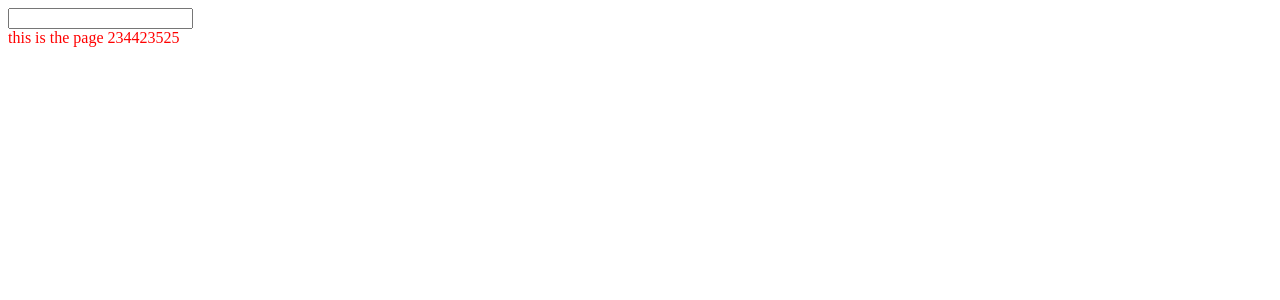
Repository: jasontianxie/huatian-mock-react-demo
Page: /
The author's editor kept a copy of each file at every save. The page is drawn from the files as they stood at one save, then again after the next save.
The browser window is 1280 px wide. The pictures show the whole page.
The project was rebuilt for these pictures with package versions that can differ from the ones it lists, and the page was loaded fresh each time. Also part of the build but not shown: webpack.config.js.

Above is the page before, as saved 2017-04-20 16:58:15.

### app.jsx
import React from 'react';//import是es6的语法，webpack怎么能认识呢，原因就在babel-loader，它可以把import解析成require。同理，css-loader也会把@import和URL（）解析成require：https://github.com/webpack-contrib/css-loader
import ReactDOM from 'react-dom';
import {Main} from './pages/main/main.jsx';

// require ('normalize-scss/sass/_normalize.scss');
require ('./app.scss');



ReactDOM.render(
  <Main/>,document.getElementById('app')
);

// if (module.hot) {
//   module.hot.accept('./build', () => {
//     render(App)
//   });
// }

### pages/main/main.jsx
import React,{Component} from 'react';
import {ShoppingCart} from '../shoppingCart/index.jsx';
const prefixName = 'main';

class Main extends Component{
  render(){
    return(
      <div>
      <ShoppingCart/>
      <div className={`${prefixName}-aaa`}>this is the page 234423525</div>
      </div>
    );
  }
}
if(module.hot){
  module.hot.accept()
}
export {Main};

### app.scss
@import './assets/css/normalize';
@import './assets/css/mixins';
@import './assets/css/function';
@import './pages/main/main';
@import './pages/ShoppingCart/index';

### pages/shoppingCart/index.jsx
import React,{Component} from 'react';
const prefixName='shoppingCart';
class ShoppingCart extends Component{
  constructor(props) {
    super(props);
    this.state = { data: [] };
  }
  render(){
    return(
      <div className={`${prefixName}-sss`}><input type="text"/></div>
    );
  }
}
if(module.hot){
  module.hot.accept()
}
export {ShoppingCart};

### assets/css/mixins.scss
.aaa{
  display: flex;
}

### assets/css/function.scss
.sss{
  color: greenyellow;
}

### pages/main/main.scss
.main-aaa{
  color: red;
}

### pages/shoppingCart/index.scss
.shoppingCart-sss {
  color: red;
}

Loaded but not shown: assets/css/normalize.css (library)

After the next save:
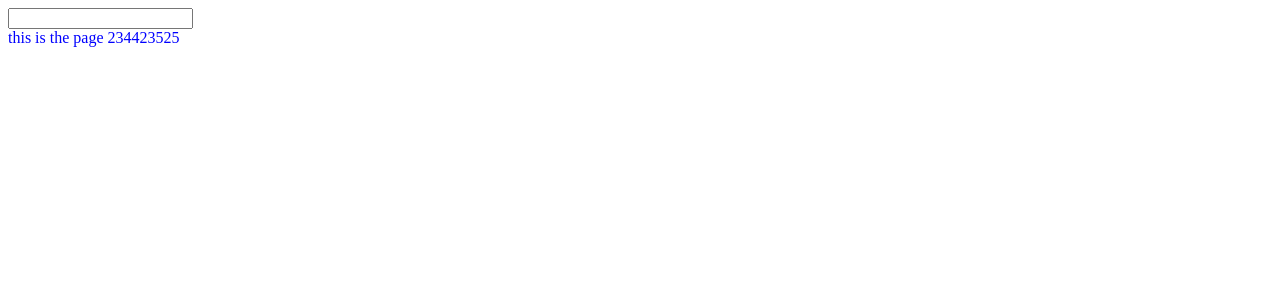
Saved 5 min 11 s later.
--- a/pages/main/main.scss
+++ b/pages/main/main.scss
@@ -1,3 +1,3 @@
 .main-aaa{
-  color: red;
+  color: blue;
 }
